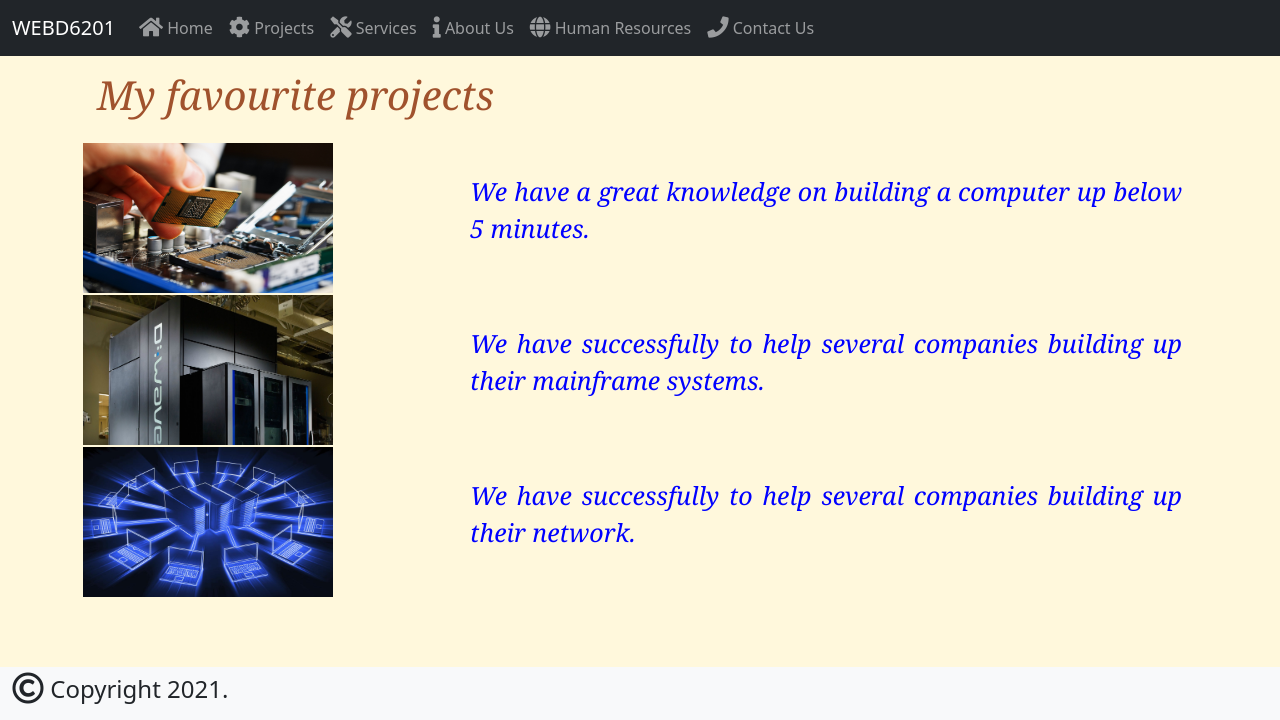
Repository: YiuWingLau/WEBD6201-W2021-Lab1
Page: projects.html
These files come from the project's save history. The page is drawn as it stood at one moment and after the next save; the edit follows.
The browser window is 1280 px wide. The pictures show the whole page.

Above is the page before, as saved 2021-02-04 21:52:12.

After the next save:
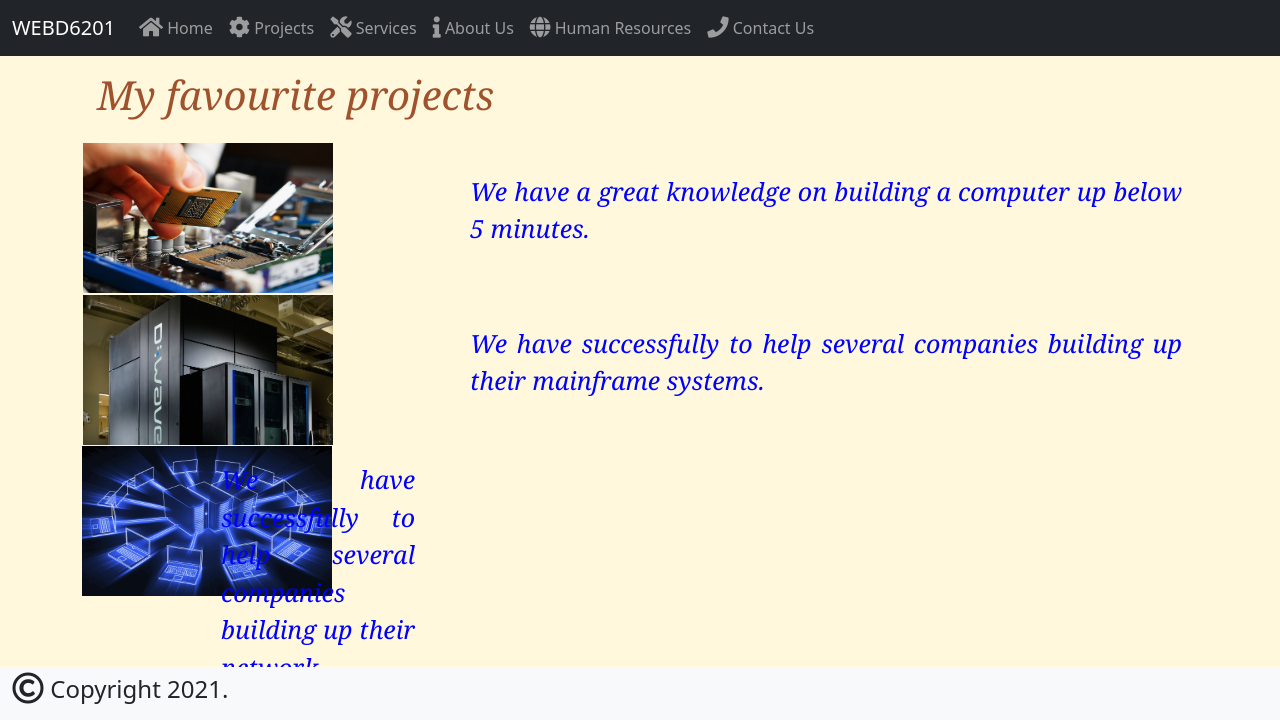
Saved 96 s later.
--- a/Scripts/app.js
+++ b/Scripts/app.js
@@ -91,11 +91,11 @@
       project.appendChild(projectTwo);
 
       // create & insert 2nd favorite project detail
-      let projectThree = document.createElement("tr");
-      //projectThree.setAttribute("class", "row");
+      let projectThree = document.createElement("div");
+      projectThree.setAttribute("class", "row");
       projectThree.setAttribute("id", "projectThree");
-      projectThree.innerHTML = `<td><img id="favImage" src="./images/networking.jpg" alt="computer networking"></td>
-                                <td><p> We have successfully to help several companies building up their network.</p></td>`;
+      projectThree.innerHTML = `<div class="row"><div class="col-4"><img id="favImage" src="./images/networking.jpg" alt="computer networking"></div>
+                                <div class="col-8"><p> We have successfully to help several companies building up their network.</p></div>`;
       project.appendChild(projectThree);
     }
 
